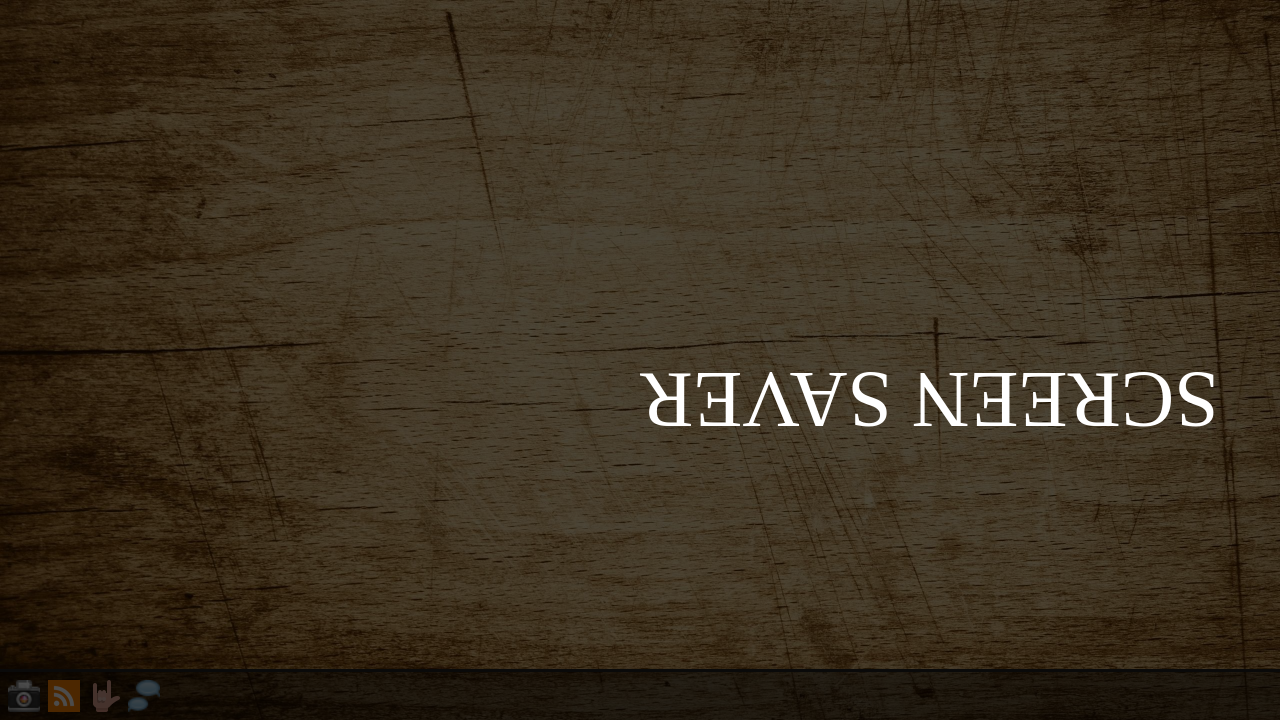
Repository: dv222bk/1dv403-laborationer
Page: 5-pwd/index.html
The author's editor kept a record of every edit. The page is drawn from the files as they stood at one moment, then again after the next edit.
The browser window is 1280 px wide. The pictures show the whole page.

Above is the page before.

### 5-pwd/index.html
<!DOCTYPE html>
<html>
    <head>
    	<meta charset="UTF-8" />
    	<title>Laboration 5 - PWD</title>
    	<link rel="stylesheet" type="text/css" href="DESKTOPAPP/css/desktopstyle.css" />
    	<link rel="stylesheet" type="text/css" href="DESKTOPAPP/apps/imageviewer/css/imageviewerstyle.css" />
    	<link rel="stylesheet" type="text/css" href="DESKTOPAPP/apps/rssreader/css/rssreaderstyle.css" />
    	<link rel="stylesheet" type="text/css" href="DESKTOPAPP/apps/memory/css/memorystyle.css" />
    </head>
    <body>
        <div id="desktop"></div>
        <script type="text/javascript" src="DESKTOPAPP/script/desktop.js"></script>
        <script type="text/javascript" src="DESKTOPAPP/script/desktopwindow.js"></script>
        <script type="text/javascript" src="DESKTOPAPP/apps/imageviewer/script/imageviewerapp.js"></script>
        <script type="text/javascript" src="DESKTOPAPP/apps/rssreader/script/rssreaderapp.js"></script>
        <script type="text/javascript" src="DESKTOPAPP/apps/memory/script/memoryapp.js"></script>
        <script type="text/javascript" src="DESKTOPAPP/apps/memory/script/random.js"></script>
        <script type="text/javascript" src="script/script.js"></script>
    </body>
</html>

### 5-pwd/DESKTOPAPP/css/desktopstyle.css
/*
* Reset all original styles
*/
/* http://meyerweb.com/eric/tools/css/reset/
   v2.0 | 20110126
   License: none (public domain)
*/

html, body, div, span, applet, object, iframe,
h1, h2, h3, h4, h5, h6, p, blockquote, pre,
a, abbr, acronym, address, big, cite, code,
del, dfn, em, img, ins, kbd, q, s, samp,
small, strike, strong, sub, sup, tt, var,
b, u, i, center,
dl, dt, dd, ol, ul, li,
fieldset, form, label, legend,
table, caption, tbody, tfoot, thead, tr, th, td,
article, aside, canvas, details, embed,
figure, figcaption, footer, Header, hgroup,
menu, nav, output, ruby, section, summary,
time, mark, audio, video, main {
	margin: 0;
	padding: 0;
	border: 0;
	font-size: 100%;
	font: inherit;
	vertical-align: baseline;
}
/* HTML5 display-role reset for older browsers */
article, aside, details, figcaption, figure,
footer, Header, hgroup, main, menu, nav, section {
	display: block;
}
body {
	line-height: 1;
}
ol, ul {
	list-style: none;
}
blockquote, q {
	quotes: none;
}
blockquote:before, blockquote:after,
q:before, q:after {
	content: '';
	content: none;
}
table {
	border-collapse: collapse;
	border-spacing: 0;
}

/*     START OF CSS CHANGES     */
.desktopApp {
    position: absolute;
    top: 0;
    bottom: 0;
    height: 100%;
    width: 100%;
    overflow: hidden;
    background: url(../pics/background.jpg) no-repeat center center fixed;
    -webkit-background-size: cover;
    -moz-background-size: cover;
    -o-background-size: cover;
    background-size: cover;
}
.desktopApp .overlay {
     visibility: hidden;
     position: absolute;
     left: 0px;
     top: 0px;
     width: 100%;
     height: 100%;
     background-color: #000000;
     background-color: rgba(0, 0, 0, 0.7);
}
.desktopApp .overlay .alertWindow {
    width: auto;
    padding: 3em;
    background-color: #e1dcc7;
    border: 0.3em solid #C7C2B0;
    border-radius: 1em;
    position: absolute;
    top: 50%;
    left: 50%;
    transform: translate(-50%, -50%);
}
.desktopApp .overlay .alertWindow p {
    float: left;
    display: inline-block;
}
.desktopApp .overlay .alertWindow input[type=radio] {
    float: left;
    clear: left;
    margin-bottom: 1em;
    display: block;
}
.desktopApp .overlay .alertWindow input[type=text] {
    float: left;
    margin-bottom: 1em;
    display: block;
}
.desktopApp .overlay .alertWindow button {
    margin-left: 1em;
    float: left;
}
.desktopApp .overlay .alertWindow select {
    float: left;
}
.desktopApp .overlay .screenSaver {
    position: absolute;
    font-size: 5em;
    color: #FFFFFF;
    top: 25%;
    left: 25%;
    transform: rotate(180deg);
    transform: rotate(180deg);
    transform: rotate(180deg);
    transform: rotate(180deg);
    transform: rotate(180deg);
    -webkit-transition: -webkit-transform 2s ease-in-out;
    -moz-transition: -moz-transform 2s ease-in-out;
    -o-transition: -o-transform 2s ease-in-out;
    transition: transform 2s ease-in-out;
}
.desktopApp .desktopToolbar {
    position: absolute;
    bottom: 0;
    width: 100%;
    height: 2.5em;
    padding: 0.5em 0em 0em 0.5em;
    background-color: #000000;
    background-color: rgba(0, 0, 0, 0.5);
    border-top: 0.2em solid #222222;
}
.desktopApp .appIcon {
    height: 2em;
    width: 2em;
    margin-right: 0.5em;
    -webkit-transition: 0.1s ease;
    -moz-transition: 0.1s ease;
    -o-transition: 0.1s ease;
    transition: 0.1s ease;
}
.desktopApp .appIcon:hover {
    transform: scale(1.2);
}
.desktopApp .windowHolder {
    position: absolute;
    width: 30em;
    border-left: 0.2em solid black;
    border-right: 0.2em solid black;
    border-radius: 1em; /* If this is changed, don't forget to edit it in desktopWindow.js createWindow() */
    border-bottom-right-radius: 0;
    overflow: hidden;
    box-shadow: 2px 2px 5px #000000;
}
.desktopApp .windowHeader, .desktopApp .windowStatus {
    width: 100%;
    height: 2em;
    background-color: #111111;
    -webkit-touch-callout: none;
    -webkit-user-select: none;
    -khtml-user-select: none;
    -moz-user-select: none;
    -ms-user-select: none;
    user-select: none;
}
.desktopApp .windowHeader {
    height: 3em;
    position: relative;
    border-top-left-radius: 0.3em;
    border-top-right-radius: 0.3em;
    z-index: 1;
}
.desktopApp .windowHeader div {
    width: 100%;
    height: 1.8em;
    cursor: pointer;
}
.desktopApp .windowHeader div:active {
    cursor: move;
}
.desktopApp .windowHeader p, .desktopApp .windowHeader .contextMenu {
    font: bold 0.8em Arial, Helvetica, sans-serif;
    color: #FFFFFF;
    margin-top: 0.7em;
    float: left;
    cursor: default;
}
.desktopApp .windowHeader img {
    margin: 0.5em 1em 0 0.5em;
    height: 1em;
    width: 1em;
    float: left;
}
.desktopApp .windowHeader button {
    width: 4em;
    margin: 0.4em;
    font-weight: bolder;
    background-color: #772118;
    border: 0.1em solid #666666;
    border-radius: 0.2em;
    color: #FFFFFF;
    float: right;
    cursor: pointer;
}
.desktopApp .windowHeader button:hover {
    background-color: #E6473D;
}
.desktopApp .windowHeader .contextMenu {
    clear: both;
    position: relative;
    width: 100%;
    margin: 0 0.5em;
}
.desktopApp .windowHeader .contextMenu img {
    width: 2em;
    height: 2em;
    margin-top: 1em;
}
.desktopApp .windowHeader .contextMenu li {
    display: inline-block;
    padding: 0 1em;
    cursor: pointer;
}
.desktopApp .windowHeader .contextMenu ul {
    display: none;
    position: absolute;
    top: 1.3em;
    list-style: none;
    background-color: #000000;
}
.desktopApp .windowHeader .contextMenu li ul li {
    padding: 0;
    float: left;
    clear: both;
    width: 100%;
}
.desktopApp .windowHeader .contextMenu li ul li a {
    display: block;
    padding-right: 1em;
    line-height: 4em;
}
.desktopApp .windowHeader .contextMenu li:hover, .desktopApp .windowHeader .contextMenu li ul li:hover {
    background-color: #555555;
}
.desktopApp .windowBody {
    width: 100%;
    height: 21em;
    position: relative;
    max-height: 21em;
    background-color: #FFFFFF;
    overflow-y: auto;
    word-wrap: break-word;
}
.desktopApp .windowStatus {
    font: bold 0.7em Arial, Helvetica, sans-serif;
    border-bottom-left-radius: 0.3em; /* If this is changed, don't forget to edit it in desktopWindow.js createWindow() */
    color: #CCCCCC;
    width: 99%;
    padding: 0.5em 0 0 1%;
}
.desktopApp .windowStatus p {
    display: inline;
}
.desktopApp .windowStatus .windowResize {
    float: right;
    width: 1em;
    height: 1em;
    margin-top: 0.5em;
    padding: 0.5em 0 0 0.5em;
    background-image: url(../pics/menuIcons/resize.png);
    background-position: bottom right;
    background-repeat: no-repeat;
    cursor: se-resize;
}

### 5-pwd/DESKTOPAPP/apps/imageviewer/css/imageviewerstyle.css
/*
* Reset all original styles
*/
/* http://meyerweb.com/eric/tools/css/reset/
   v2.0 | 20110126
   License: none (public domain)
*/

html, body, div, span, applet, object, iframe,
h1, h2, h3, h4, h5, h6, p, blockquote, pre,
a, abbr, acronym, address, big, cite, code,
del, dfn, em, img, ins, kbd, q, s, samp,
small, strike, strong, sub, sup, tt, var,
b, u, i, center,
dl, dt, dd, ol, ul, li,
fieldset, form, label, legend,
table, caption, tbody, tfoot, thead, tr, th, td,
article, aside, canvas, details, embed,
figure, figcaption, footer, Header, hgroup,
menu, nav, output, ruby, section, summary,
time, mark, audio, video, main {
	margin: 0;
	padding: 0;
	border: 0;
	font-size: 100%;
	font: inherit;
	vertical-align: baseline;
}
/* HTML5 display-role reset for older browsers */
article, aside, details, figcaption, figure,
footer, Header, hgroup, main, menu, nav, section {
	display: block;
}
body {
	line-height: 1;
}
ol, ul {
	list-style: none;
}
blockquote, q {
	quotes: none;
}
blockquote:before, blockquote:after,
q:before, q:after {
	content: '';
	content: none;
}
table {
	border-collapse: collapse;
	border-spacing: 0;
}

/*     START OF CSS CHANGES     */
.imageViewerApp {
    min-width: 100%;
    min-height: 100%;
    background-color: #e1dcc7;
}
.imageViewerApp a {
    padding: 0.7em;
    margin: 0.5em;
    border-radius: 0.7em;
    background-color: #c7c2b0;
    border: 0.1em solid #bdb8a7;
    display: inline-block;
    transition: 0.1s ease;
}
.imageViewerApp a:hover {
    transform: scale(1.1);
}
.imageViewerApp img {
    display: block;
    margin-left: auto;
    margin-right: auto;
}

### 5-pwd/DESKTOPAPP/apps/rssreader/css/rssreaderstyle.css
/*
* Reset all original styles
*/
/* http://meyerweb.com/eric/tools/css/reset/
   v2.0 | 20110126
   License: none (public domain)
*/

html, body, div, span, applet, object, iframe,
h1, h2, h3, h4, h5, h6, p, blockquote, pre,
a, abbr, acronym, address, big, cite, code,
del, dfn, em, img, ins, kbd, q, s, samp,
small, strike, strong, sub, sup, tt, var,
b, u, i, center,
dl, dt, dd, ol, ul, li,
fieldset, form, label, legend,
table, caption, tbody, tfoot, thead, tr, th, td,
article, aside, canvas, details, embed,
figure, figcaption, footer, Header, hgroup,
menu, nav, output, ruby, section, summary,
time, mark, audio, video, main {
	margin: 0;
	padding: 0;
	border: 0;
	font-size: 100%;
	font: inherit;
	vertical-align: baseline;
}
/* HTML5 display-role reset for older browsers */
article, aside, details, figcaption, figure,
footer, Header, hgroup, main, menu, nav, section {
	display: block;
}
body {
	line-height: 1;
}
ol, ul {
	list-style: none;
}
blockquote, q {
	quotes: none;
}
blockquote:before, blockquote:after,
q:before, q:after {
	content: '';
	content: none;
}
table {
	border-collapse: collapse;
	border-spacing: 0;
}

/*     START OF CSS CHANGES     */
.RSSReaderApp {
    min-width: 100%;
    min-height: 100%;
    background-color: #e1dcc7;
}
.RSSReaderApp .RSSFeed {
    width: 100%;
}
.RSSReaderApp a:not(:first-child) {
    display: block;
}
.RSSReaderApp h2 {
    width: 96%;
    font-weight: bolder;
    font-size: 0.9em;
    padding: 2%;
    margin-top: 1em;
    background-color: #c7c2b0;
    display: inline-block;
}
.RSSReaderApp img {
    display: block;
    max-width: 100%;
    margin-left: auto;
    margin-right: auto;
}

### 5-pwd/DESKTOPAPP/apps/memory/css/memorystyle.css
/*
* Reset all original styles
*/
/* http://meyerweb.com/eric/tools/css/reset/
   v2.0 | 20110126
   License: none (public domain)
*/

html, body, div, span, applet, object, iframe,
h1, h2, h3, h4, h5, h6, p, blockquote, pre,
a, abbr, acronym, address, big, cite, code,
del, dfn, em, img, ins, kbd, q, s, samp,
small, strike, strong, sub, sup, tt, var,
b, u, i, center,
dl, dt, dd, ol, ul, li,
fieldset, form, label, legend,
table, caption, tbody, tfoot, thead, tr, th, td,
article, aside, canvas, details, embed,
figure, figcaption, footer, Header, hgroup,
menu, nav, output, ruby, section, summary,
time, mark, audio, video, main {
	margin: 0;
	padding: 0;
	border: 0;
	font-size: 100%;
	font: inherit;
	vertical-align: baseline;
}
/* HTML5 display-role reset for older browsers */
article, aside, details, figcaption, figure,
footer, Header, hgroup, main, menu, nav, section {
	display: block;
}
body {
	line-height: 1;
}
ol, ul {
	list-style: none;
}
blockquote, q {
	quotes: none;
}
blockquote:before, blockquote:after,
q:before, q:after {
	content: '';
	content: none;
}
table {
	border-collapse: collapse;
	border-spacing: 0;
}

/* CSS TRANSITIONS http://stackoverflow.com/questions/11679567/using-css-for-fade-in-effect-on-page-load*/

@keyframes fadeout {
    from { opacity: 1; }
    to   { opacity: 0; }
}

/* Firefox < 16 */
@-moz-keyframes fadeout {
    from { opacity: 1; }
    to   { opacity: 0; }
}

/* Safari, Chrome and Opera > 12.1 */
@-webkit-keyframes fadeout {
    from { opacity: 1; }
    to   { opacity: 0; }
}

/* Internet Explorer */
@-ms-keyframes fadeout {
    from { opacity: 1; }
    to   { opacity: 0; }
}

/* Opera < 12.1 */
@-o-keyframes fadeout {
    from { opacity: 1; }
    to   { opacity: 0; }
}

/*     START OF CSS CHANGES     */
.MemoryGame {
    background-color: #FFFFFF;
    display: block;
    width: 100%;
    height: 100%;
    overflow: hidden;
}
.MemoryGame div {
    float: left;
    display: inline;
    clear: both;
    width: auto;
}
.MemoryGame img {
    width: 3em;
    margin: 0.15em;
}
.MemoryGame p {
    float: left;
}
.MemoryGame .complete {
    -webkit-animation: fadeout 1s; /* Safari, Chrome and Opera > 12.1 */
    -moz-animation: fadeout 1s; /* Firefox < 16 */
    -ms-animation: fadeout 1s; /* Internet Explorer */
    -o-animation: fadeout 1s; /* Opera < 12.1 */
    animation: fadeout 1s;
    opacity: 0;
}

### 5-pwd/DESKTOPAPP/apps/imageviewer/script/imageviewerapp.js
"use strict";

var DESKTOPAPP = DESKTOPAPP || {};
DESKTOPAPP.apps = DESKTOPAPP.apps || {};


DESKTOPAPP.apps.ImageViewer = function(app, desktop) {

    /* Inherit from DesktopWindow */
    DESKTOPAPP.DesktopWindow.call(this);

    this.app = app;
    this.desktop = desktop;

    this.createWindow(this.desktop);
    this.createApp();
};

/* Inherit from DesktopWindow */
DESKTOPAPP.apps.ImageViewer.prototype = new DESKTOPAPP.DesktopWindow();

DESKTOPAPP.apps.ImageViewer.prototype.createApp = function() {
    var xhr, JSONData, appBody, i, imgHolder, thumbnail, hiThumbHeight = 0, hiThumbWidth = 0;
    var that = this;
    xhr = new XMLHttpRequest();
    xhr.abort();
    xhr.onreadystatechange = function() {
        if(xhr.readyState === 4) {
            if(xhr.status === 200) {
                that.removeStatus();
                /* JSONData */
                JSONData = JSON.parse(xhr.responseText);

                /* App Body */
                appBody = document.createElement("div");
                appBody.className = "imageViewerApp";
                that.windowBody.appendChild(appBody);

                /* Highest ThumbHeight and ThumbWidth */
                for(i = 0; i < JSONData.length; i += 1) {
                    if(JSONData[i].thumbHeight > hiThumbHeight) {
                        hiThumbHeight = JSONData[i].thumbHeight;
                    }
                    if(JSONData[i].thumbWidth > hiThumbWidth) {
                        hiThumbWidth = JSONData[i].thumbWidth;
                    }
                }

                /* Images */
                for(i = 0; i < JSONData.length; i += 1) {
                    imgHolder = document.createElement("a");
                    imgHolder.style.width = hiThumbWidth + "px";
                    imgHolder.style.height = hiThumbHeight + "px";
                    imgHolder.orgHeight = JSONData[i].height;
                    imgHolder.orgWidth = JSONData[i].width;
                    imgHolder.orgURL = JSONData[i].URL;
                    imgHolder.onclick = function(e) {
                        e.preventDefault();
                        new DESKTOPAPP.apps.ImageViewer.ImageWindow(that.app, that.desktop, this.orgHeight, this.orgWidth, this.orgURL);
                        return false;
                    };
                    appBody.appendChild(imgHolder);

                    thumbnail = document.createElement("img");
                    thumbnail.alt = "Thumbnail till en större bild";
                    thumbnail.title = "Klicka för att se en större bild";
                    thumbnail.src = JSONData[i].thumbURL;
                    imgHolder.appendChild(thumbnail);
                }
            } else {
                console.log("Läsfel. Status: " + xhr.status);
            }
        } else {
            that.showLoading();
        }
    };
    xhr.open("GET", "http://homepage.lnu.se/staff/tstjo/labbyServer/imgviewer/", true);
    xhr.send(null);
};

DESKTOPAPP.apps.ImageViewer.ImageWindow = function(app, desktop, imgHeight, imgWidth, imgURL) {

    /* Inherit from DesktopWindow */
    DESKTOPAPP.DesktopWindow.call(this);

    this.app = app;
    this.desktop = desktop;
    this.imgHeight = imgHeight;
    this.imgWidth = imgWidth;
    this.imgURL = imgURL;

    this.createWindow(this.desktop, this.imgWidth, this.imgHeight);
    this.createImageWindow();
};

/* Inherit from DesktopWindow */
DESKTOPAPP.apps.ImageViewer.ImageWindow.prototype = new DESKTOPAPP.DesktopWindow();

DESKTOPAPP.apps.ImageViewer.ImageWindow.prototype.createImageWindow = function() {
    var image = document.createElement("img");
    image.alt = "En stor bild föreställande thumbnail bilden du klickade på";
    image.title = "Stor version av bilden";
    image.src = this.imgURL;
    this.windowBody.appendChild(image);
    this.windowBody.style.height = "auto";
};

### 5-pwd/script/script.js
"use strict";

window.onload = function() {
    new DESKTOPAPP.Desktop("desktop");
};

Loaded but not shown: 5-pwd/DESKTOPAPP/script/desktopwindow.js (327 lines, source omitted); 5-pwd/DESKTOPAPP/apps/memory/script/memoryapp.js (305 lines, source omitted); 5-pwd/DESKTOPAPP/apps/rssreader/script/rssreaderapp.js (275 lines, source omitted); 5-pwd/DESKTOPAPP/script/desktop.js (319 lines, source omitted); 5-pwd/DESKTOPAPP/apps/memory/script/random.js (no copy from this time; the picture is the same without it)

After the next edit:
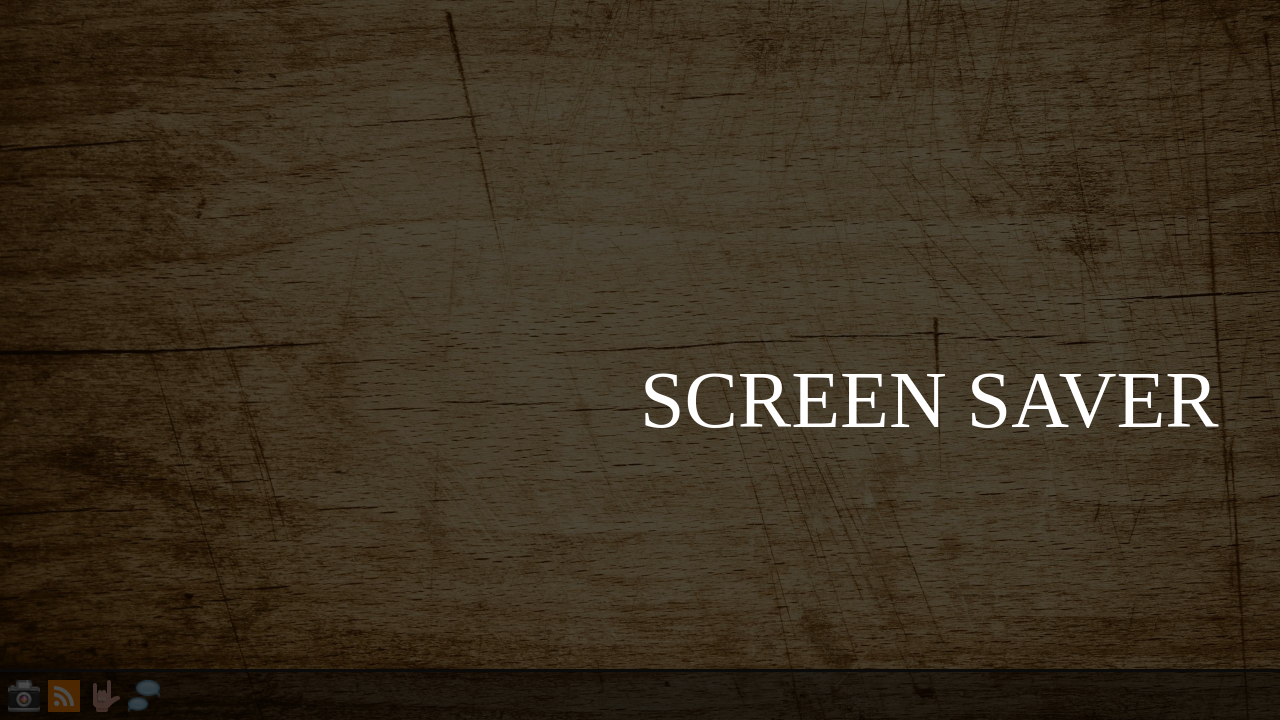
The edit:
--- a/5-pwd/DESKTOPAPP/css/desktopstyle.css
+++ b/5-pwd/DESKTOPAPP/css/desktopstyle.css
@@ -113,14 +113,9 @@
     color: #FFFFFF;
     top: 25%;
     left: 25%;
-    transform: rotate(180deg);
-    transform: rotate(180deg);
-    transform: rotate(180deg);
-    transform: rotate(180deg);
-    transform: rotate(180deg);
-    -webkit-transition: -webkit-transform 2s ease-in-out;
-    -moz-transition: -moz-transform 2s ease-in-out;
-    -o-transition: -o-transform 2s ease-in-out;
+    -webkit-transition: 2s ease-in-out;
+    -moz-transition: 2s ease-in-out;
+    -o-transition: 2s ease-in-out;
     transition: transform 2s ease-in-out;
 }
 .desktopApp .desktopToolbar {
